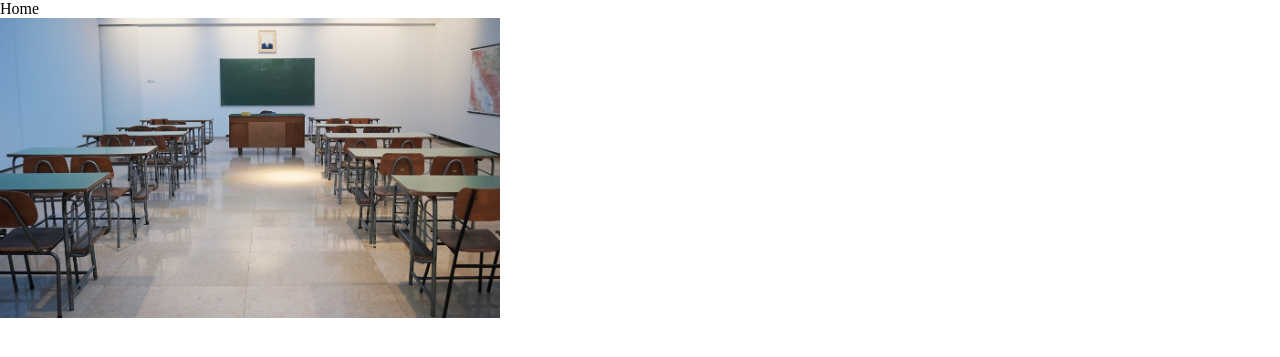
Repository: sierralaurent/Class08-UseEffect
Page: /carouselPage
These files come from the project's save history. The page is drawn as it stood at one moment and after a run of saves; the edit follows.
The browser window is 1280 px wide. The pictures show the whole page.
The project was rebuilt for these pictures with package versions that can differ from the ones it lists, and the page was loaded fresh each time. The framework's server and built-in components were replaced by stand-ins that run in the browser. Also part of the build but not shown: next.config.js.

Above is the page before, as saved 2023-02-20 16:13:19.

After the next 3 saves:
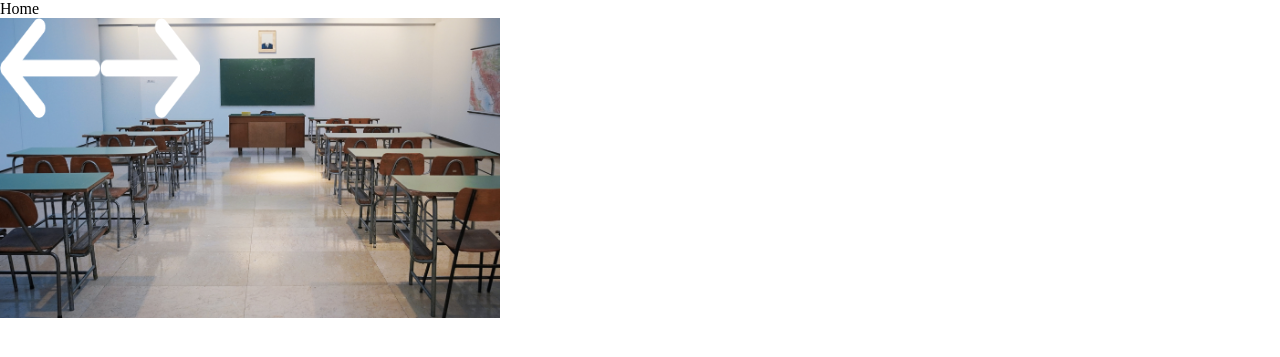
The 3 saves are shown as one change because 2 did not build or start.
The last was saved 2 min 30 s later.
--- a/components/carousel/index.js
+++ b/components/carousel/index.js
@@ -1,4 +1,4 @@
-
+import Image from "next/image"
 
 export default function Carousel() {
     return(
@@ -10,6 +10,18 @@ export default function Carousel() {
             width: 500,
             height: 300
         }}>
+            <Image
+            src={"/icons/leftArrow.png"}
+            alt={"/icons/leftArrow.png"}
+            width={100}
+            height={100}
+            />
+            <Image
+            src={"/icons/rightArrow.png"}
+            alt={"/icons/rightArrow.png"}
+            width={100}
+            height={100}
+            />
 
         </div>
         </>
